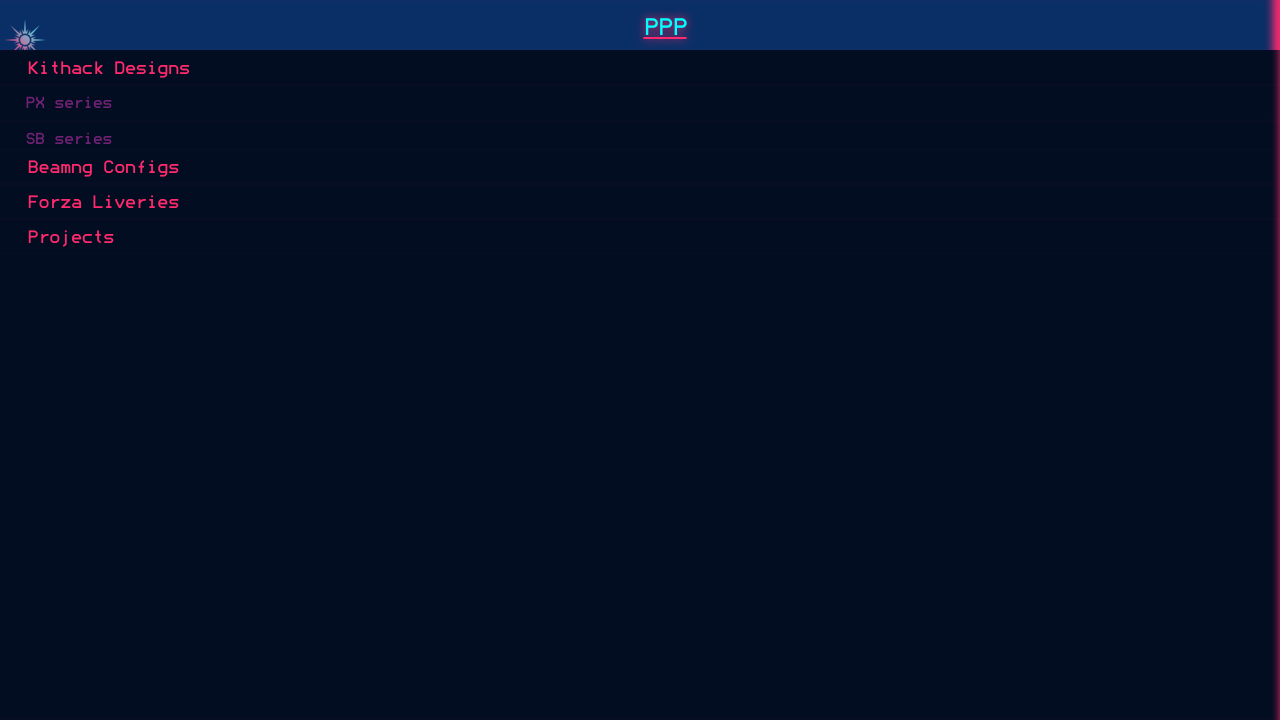
Repository: Pamishly/PamishlysPlayPlace
Page: navbar.html
These files come from the project's save history. The page is drawn as it stood at one moment and after the next save; the edit follows.
The browser window is 1280 px wide. The pictures show the whole page.

Above is the page before, as saved 2024-09-11 21:18:21.

### navbar.html

<ul>
    <input type="radio" name="menu" id="ppp">
    <li class="sitename">
        <a href="./homepage.html"  target="_top"><label for="edit" class="title"><i class="fa fa-ppp"></i><img src="./logo.png"><p>PPP</p></label></a>
    </li>
    <input type="radio" name="menu" id="kithack" checked>
    <li>
        <label for="kithack" class="title"><i class="fa fa-kithack"></i>Kithack Designs</label>
        <a  class="sidebutton" href="./KitHackHTML/PXseries.html" target="_top">PX series</a>
        <a  class="sidebutton" href="./KitHackHTML/SBseries.html" target="_top">SB series</a>
    </li>
    <input type="radio" name="menu" id="beamng">
    <li>
        <label for="beamng" class="title"><i class="fa fa-beamng" target="_top"></i>Beamng Configs</label>
        <a class="sidebutton" href="./BeamngHTML/dune-builds.html" target="_top">Dune Builds</a>
        <a class="sidebutton" href="./BeamngHTML/street-builds.html" target="_top">Street Builds</a>
        <a class="sidebutton" href="./BeamngHTML/derby-builds.html" target="_top">Derby Builds</a>
        <a class="sidebutton" href="./BeamngHTML/speed-builds.html" target="_top">Top Speed Builds</a>
    </li>
    <input type="radio" name="menu" id="preferences">
    <li>
        <label for="preferences" class="title"><i class="fa fa-gears"></i>Forza Liveries</label>
        <a class="sidebutton" href="./ForzaHTML/Horizon5.html" target="_top">Horizon 5</a>
    </li>
    <input type="radio" name="menu" id="projects">
    <li>
        <label for="projects" class="title"><i class="fa fa-projects"></i>Projects</label>
        <a class="sidebutton" href="./ProjectsHTML/PiProjects.html" target="_top">Pi Projects</a>
    </li>
</ul>

<link rel="stylesheet" href="main.css">

### main.css
* {
	margin: 0;
	padding: 0;
	box-sizing: border-box;
}
body {
	font-family: Headers;
    background-color: #030D22;
    box-shadow: inset -8px 0 8px -8px #ff2a6d;
}
@font-face {
	font-family: Headers;
	src: url("Modenine-2OPd.ttf");
	font-weight: bold;
}
.container {
	width: 100%;
	height: 100%;
}
nav {
	position: fixed;
	display: flex;
	align-items: flex-start;
	width: 12%;
	height: 100%;
	background-color: #111;
}
main {
	position: fixed;
	right: 0;
	width: 88.1%;
	height: 100%;
	background: url("Background.png");
	overflow: auto;
	padding: 40px;
    color: cyan;
}
h1 {
	font-weight: bold;
	margin-bottom: 50px;
	font-size: 55px;
	text-align: center;
    color: cyan;
}
p {
	margin-bottom: 20px;
	line-height: 26px;
    font-size: 24px;
    text-align: center;
    color: cyan;
}
li, ul label.title, ul, a {
	width: 100%;
	color: #ff2a6d;
	font-family: Headers;
	display: block;
	font-weight: bold;
}
ul label {
	height: 35px;
    box-shadow: inset -8px 0 8px -8px #ff2a6d;
}
ul li{
	height: 35px;
	overflow: hidden;
	transition: all .3s;
}
li {
	display: block;
	background:#030D22;
}
label.title {
    text-align: left;
	font-size: 18px;
	background:#030D22;
	padding: 10px 15px;
	cursor: pointer;
    transition: all .25s;
    overflow: hidden;
}
.sidebutton{
	font-size: 16px;
	text-decoration: none;
	color: #722276;
	display: block;
	padding: 10px 25px;
	transition: all .25s;
    box-shadow: inset -8px 0 8px -8px #ff2a6d;
	font-family: Headers;
}
.sidebutton:hover {
    box-shadow: inset -15px 0 8px -8px #ff2a6d;
	text-shadow: 0px 0px 10px #ff2a6d;
	background: #0A2F66;
	color: #FF23BC;
}
label:hover {
	text-shadow: 0px 0px 10px #ff2a6d;
	background: #0A2F66;
    box-shadow: inset -15px 0 8px -8px #ff2a6d;
}
input[type="radio"] {
	display: none;
}
.sitename{
	height:50px;
}
.sitename label {
	height: 50px;
	padding: 15px 0px;
}
.sitename img{
	float:left;
	padding: 0px 0px;
}
#ppp:checked + li {
	height: 0px;
}
#preferences:checked + li {
    height: 67px;
}
#beamng:checked + li {
    height: 163px;
}
#kithack:checked + li {
    height: 99px;
}
#projects:checked + li {
    height: 67px;
}
i {
	margin-right: 12px;
}
@media screen and (max-width: 600px){
	nav {
		width: 100%;
		position: relative;
	}
	main {
		width: 100%;
		position: relative;
	}
}
.card{
    position: relative;
    display: flex;
    flex-flow: column nowrap;
    width: 350px;
    height: 550px;
    border: solid cyan;
    text-align: center;
    margin: 15px;
	text-decoration: none;
	font-weight: unset;
	font-family: monospace;
	color: cyan;
}
.cardcontainer{
    display: flex;
    flex-flow: row wrap;
    align-content: space-around;
    justify-content: center;
    width:75%;
    margin-left: 12.5%;
}
.card img{
    width: auto;
    align-content: flex-start;
    justify-content: center;
}
.card p{
    padding: 15px;
    align-content: center;
    justify-content: center;
	margin-bottom: 20px;
	line-height: 26px;
    font-size: 24px;
    text-align: center;
    color: cyan;
}
.card:hover{
	background:#00aeff2c;
}
.card > h3{
	font-size: 24px;
	font-family: Headers;
}
iframe{
	width:100%;
	height:100%;
}
iframe[seamless]{
    background-color: transparent;
    border: 0px none transparent;
    padding: 0px;
    overflow: hidden;
}
.dwn-button{
	position: relative;
    display: flex;
    flex-flow: column nowrap;
    width: 150px;
    height: 70px;
    border: solid cyan;
    text-align: center;
    margin: 15px;
	font-weight: unset;
	font-family: monospace;
	color: cyan;
    left: 50%;
    transform: translate(-61%,100%);
}
.dwn-button:hover {
    background: darkcyan;
}
.dwn-button p{
	padding-top: 15px;
}
.information{
	display: flex;
	flex-flow: column nowrap;
}
.information p {
	margin-bottom: 20px;
	line-height: 26px;
    font-size: 24px;
	justify-content: center;
    color: cyan;
}
.information img {
	width: 600px;
	border: cyan 5px solid;
	align-self: center;
}
.information h1 {
	justify-content: center;
}
.main {
    -ms-overflow-style: none;  /* Internet Explorer 10+ */
    scrollbar-width: none;  /* Firefox */
}
.main::-webkit-scrollbar {
    display: none;  /* Safari and Chrome */
}

After the next save:
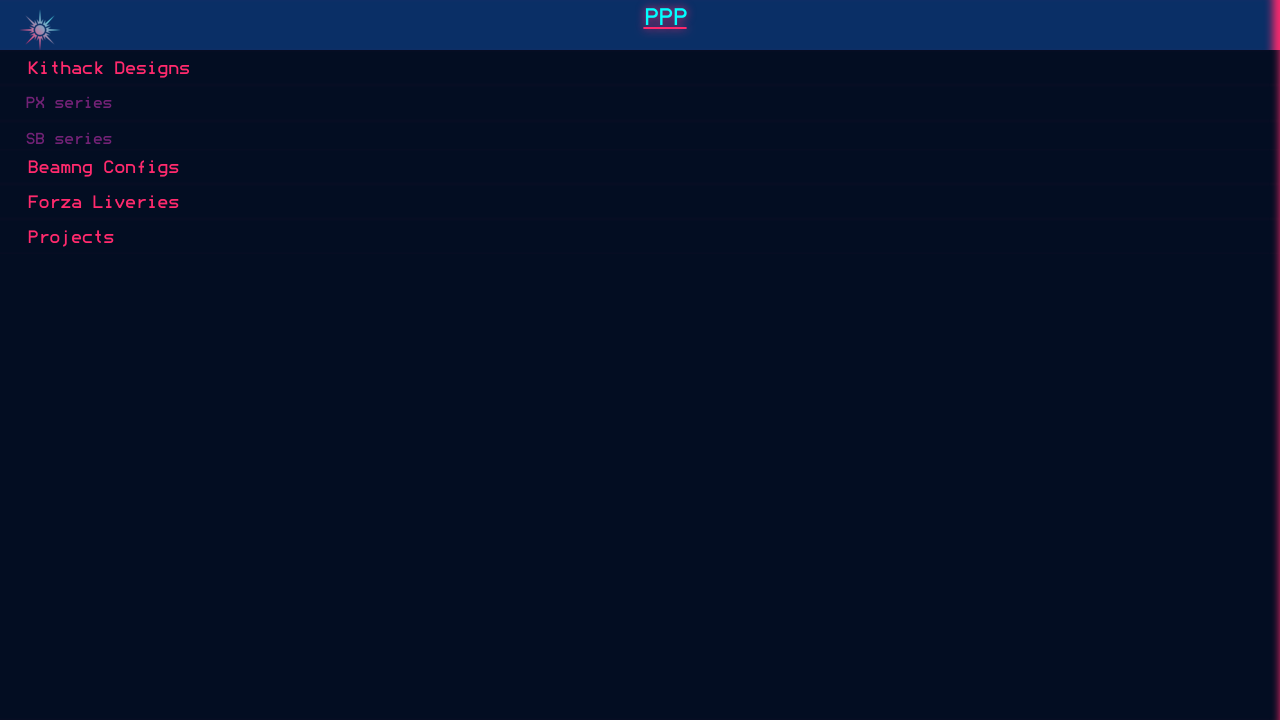
Saved 5 s later.
--- a/main.css
+++ b/main.css
@@ -107,7 +107,7 @@
 }
 .sitename label {
 	height: 50px;
-	padding: 15px 0px;
+	padding: 5px 15px;
 }
 .sitename img{
 	float:left;
